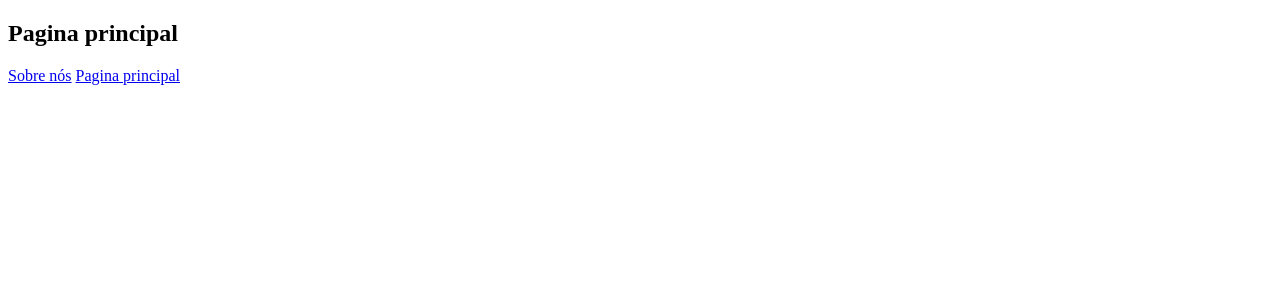
Repository: EmanuelUrbano/testeExpressJs
Page: views/servicos.html
An editor plug-in stored every save of this project. The page is shown before and after the next save, followed by the edit.
The browser window is 1280 px wide. The pictures show the whole page.

Above is the page before, as saved 2022-02-27 21:14:16.

After the next save:
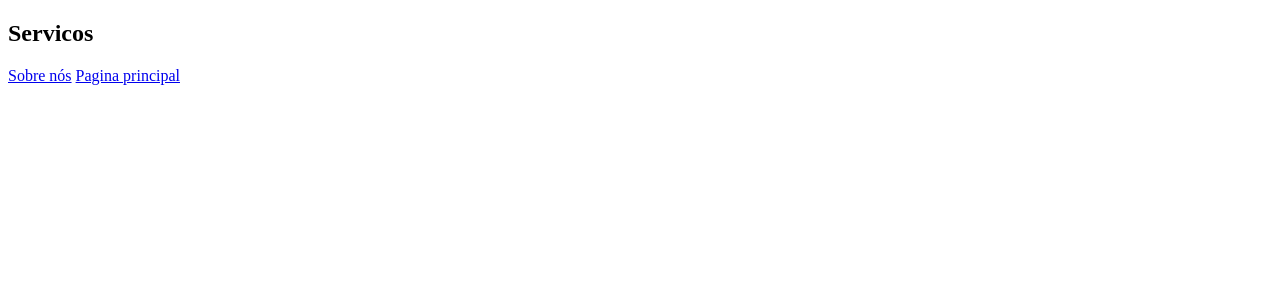
Saved 37 s later.
--- a/views/servicos.html
+++ b/views/servicos.html
@@ -9,7 +9,7 @@
 <body>
     <header>
         <nav>
-            <h1>Pagina principal</h1>
+            <h1>Servicos</h1>
             <a href="/sobre">Sobre nós</a>
             <a href="/">Pagina principal</a>
         </nav>
